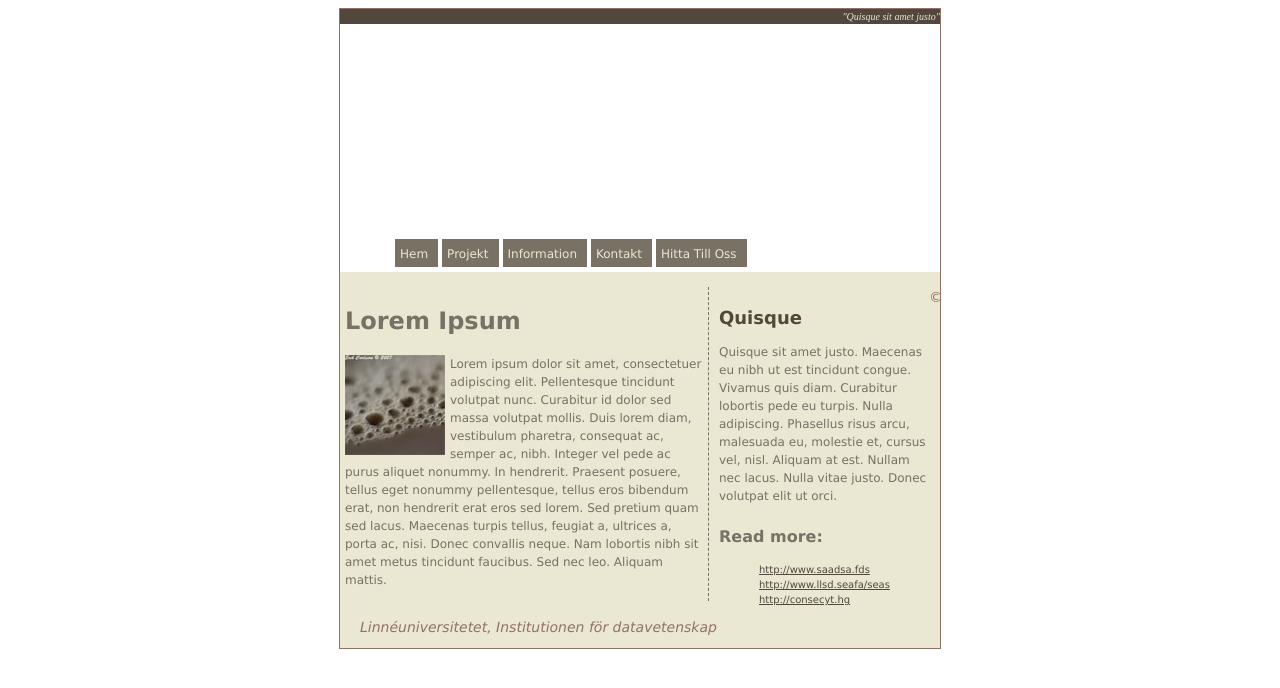
Repository: mh223ja/1ik415-js223mi-Uppgift-3-3
Page: index.html
The author's editor kept a record of every edit. The page is drawn from the files as they stood at one moment, then again after the next edit.
The browser window is 1280 px wide. The pictures show the whole page.

Above is the page before.

After the next edit:
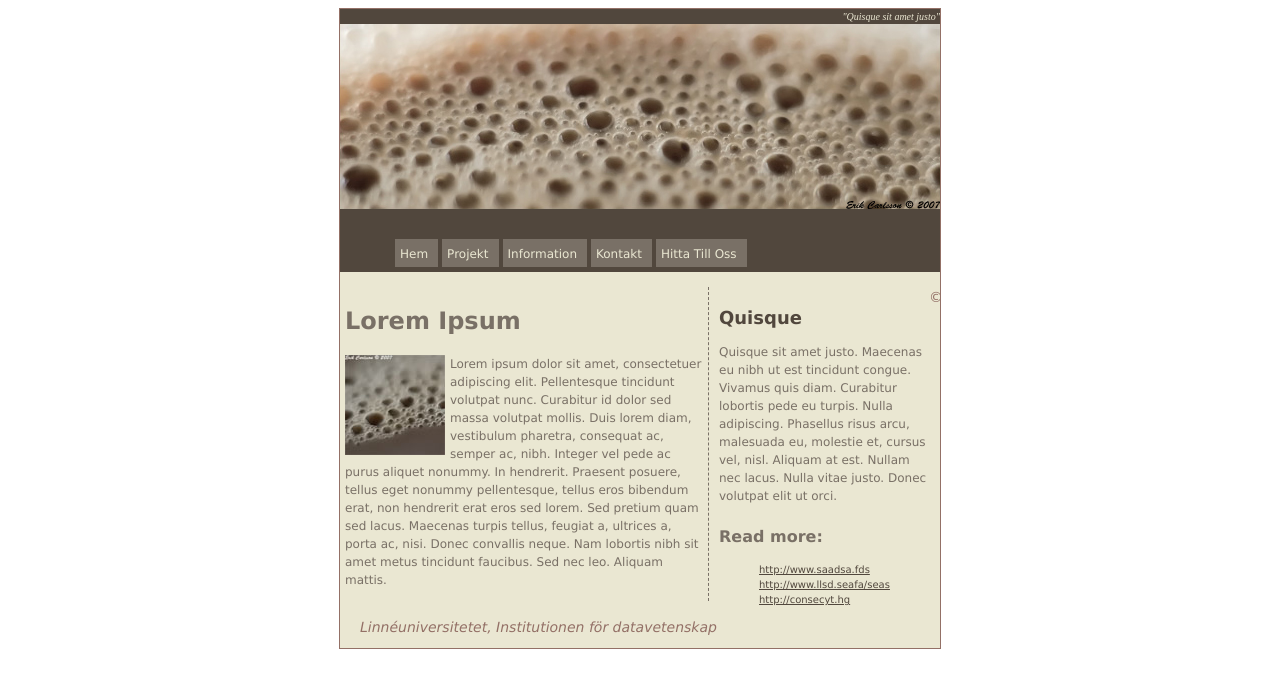
The edit:
--- a/css/basic.css
+++ b/css/basic.css
@@ -8,6 +8,9 @@
 	border: 1px;
 	border-style: solid;
 	border-color: #937066;
+	background-image: url('pics/coffey.jpg');
+	background-repeat: no-repeat;
+	background-color: #51473d;
 
 
 }
